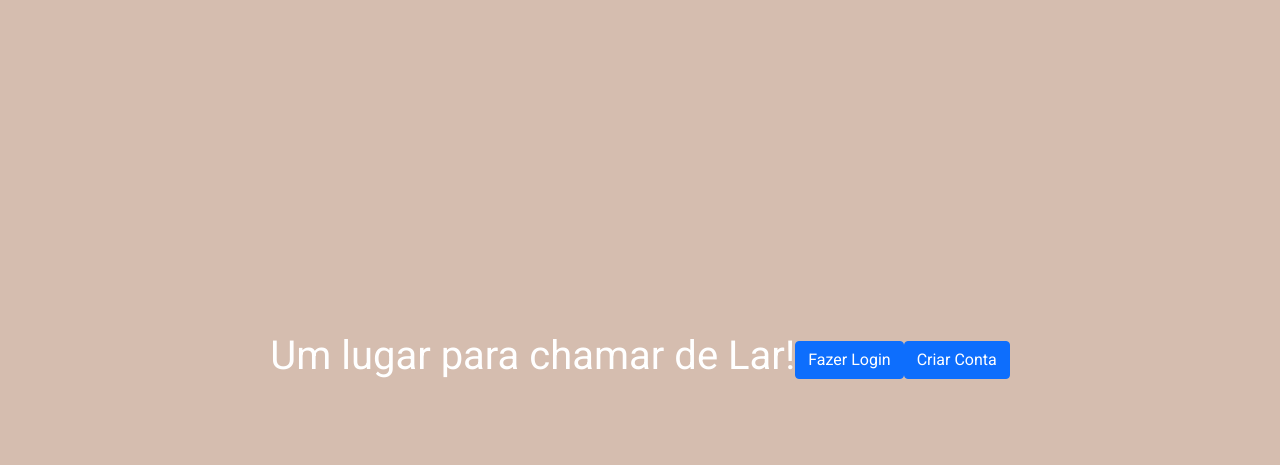
Repository: telesbp/Projeto-4-e-Projeto-5
Page: / (app in front-end/)
These files come from the project's save history. The page is drawn as it stood at one moment and after the next save; the edit follows.
The browser window is 1280 px wide. The pictures show the whole page.
The project was rebuilt for these pictures with package versions that can differ from the ones it lists, and the page was loaded fresh each time.

Above is the page before, as saved 2022-07-17 13:57:35.

### front-end/public/index.html
<!DOCTYPE html>
<html lang="pt-BR">
  <head>
    <meta charset="utf-8" />
    <link rel="icon" href="%PUBLIC_URL%/favicon.ico" />
    <meta name="viewport" content="width=device-width, initial-scale=1" />
    <meta name="theme-color" content="#000000" />
    <meta
      name="description"
      content="Seu negócio automatizado!"
    />
    <link rel="apple-touch-icon" href="%PUBLIC_URL%/logo192.png" />
    <!--
      manifest.json provides metadata used when your web app is installed on a
      user's mobile device or desktop. See https://developers.google.com/web/fundamentals/web-app-manifest/
    -->
    <link rel="manifest" href="%PUBLIC_URL%/manifest.json" />
    <!--
      Notice the use of %PUBLIC_URL% in the tags above.
      It will be replaced with the URL of the `public` folder during the build.
      Only files inside the `public` folder can be referenced from the HTML.

      Unlike "/favicon.ico" or "favicon.ico", "%PUBLIC_URL%/favicon.ico" will
      work correctly both with client-side routing and a non-root public URL.
      Learn how to configure a non-root public URL by running `npm run build`.
    -->
    <title>Stagio</title>

    <link rel="preconnect" href="https://fonts.googleapis.com">
    <link rel="preconnect" href="https://fonts.gstatic.com" crossorigin>
    <link href="https://fonts.googleapis.com/css2?family=Roboto:wght@400;700&display=swap" rel="stylesheet">
  </head>
  <body>
    <noscript>You need to enable JavaScript to run this app.</noscript>
    <div id="root"></div>
    <!--
      This HTML file is a template.
      If you open it directly in the browser, you will see an empty page.

      You can add webfonts, meta tags, or analytics to this file.
      The build step will place the bundled scripts into the <body> tag.

      To begin the development, run `npm start` or `yarn start`.
      To create a production bundle, use `npm run build` or `yarn build`.
    -->
  </body>
</html>

### front-end/src/index.tsx
import React from 'react';
import ReactDOM from 'react-dom/client';
import App from './App';
import 'bootstrap/dist/css/bootstrap.min.css';
import { BrowserRouter } from 'react-router-dom';
import 'react-toastify/dist/ReactToastify.css';
import { ToastContainer } from 'react-toastify';
import { GlobalStyle } from './assets/img/css/global';

const root = ReactDOM.createRoot(
  document.getElementById('root') as HTMLElement
);
root.render(
  <React.StrictMode>
    <BrowserRouter>
    <GlobalStyle/>
      <App />
      <ToastContainer/>
    </BrowserRouter>
  </React.StrictMode>
);

### front-end/src/App.tsx
import { HomeView } from "./views/Home";

function App() {
  return (
    <HomeView/>
  );
}

export default App;

### front-end/src/assets/img/css/global.ts
import { createGlobalStyle } from "styled-components";

export const GlobalStyle = createGlobalStyle`
    body{
       font-family: 'Roboto', sans-serif;
    }
`

### front-end/src/views/Home/index.tsx
import { Button, Container } from "react-bootstrap";
import styled from "styled-components";

export function HomeView(){
    return(
        <Banner className="vh-100">
            <Container className="h-100 d-flex flex-colimn justify-content-center align-items-center">
                <h1 className="text-center text-white text-lg-start">Um lugar para chamar de Lar!</h1>
                <Button>Fazer Login</Button>
                <Button>Criar Conta</Button>
            </Container>
        </Banner>
    )
}

const Banner = styled.div`
    background-color: #d5bdaf;
`

After the next save:
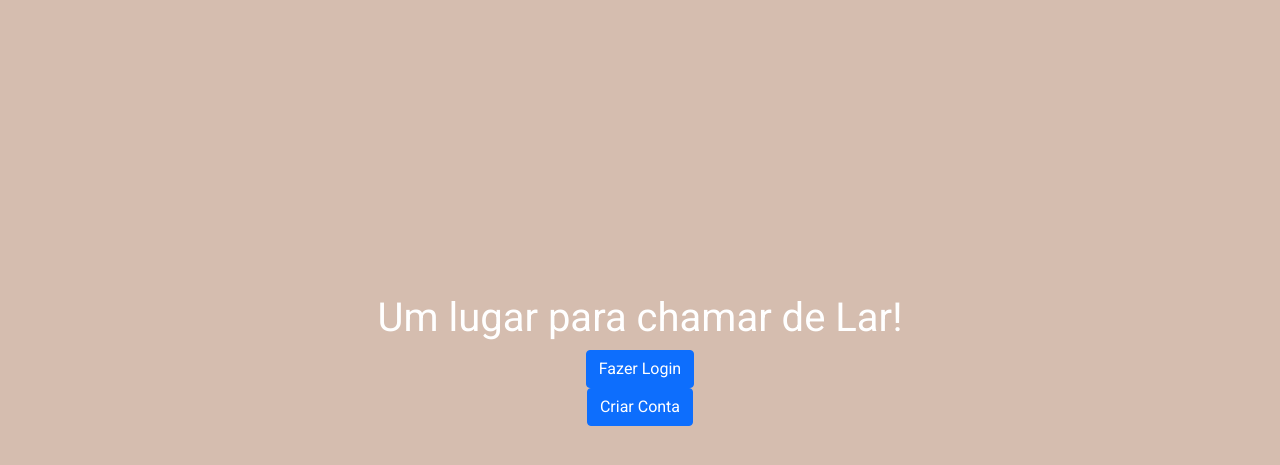
Saved 21 s later.
--- a/front-end/src/views/Home/index.tsx
+++ b/front-end/src/views/Home/index.tsx
@@ -4,7 +4,7 @@ import styled from "styled-components";
 export function HomeView(){
     return(
         <Banner className="vh-100">
-            <Container className="h-100 d-flex flex-colimn justify-content-center align-items-center">
+            <Container className="h-100 d-flex flex-column justify-content-center align-items-center">
                 <h1 className="text-center text-white text-lg-start">Um lugar para chamar de Lar!</h1>
                 <Button>Fazer Login</Button>
                 <Button>Criar Conta</Button>
